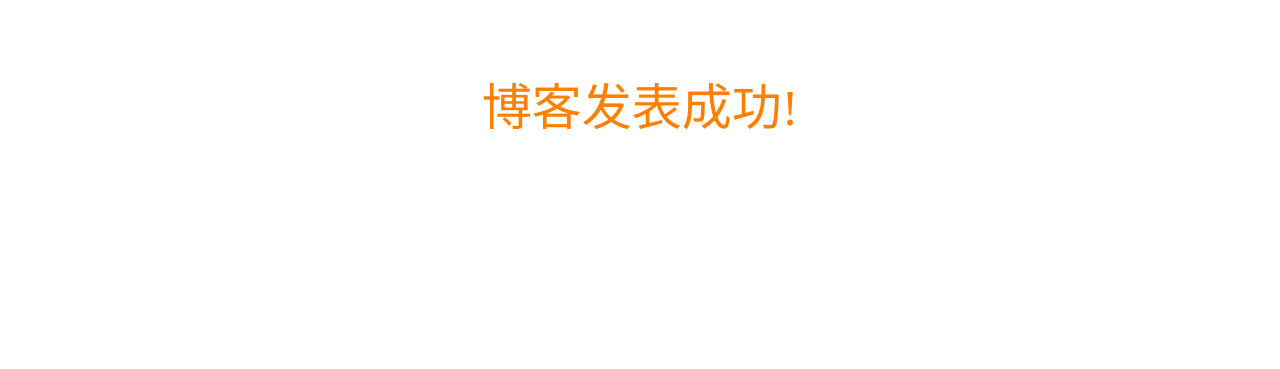
Repository: yxh0/Go
Page: http://localhost/keshe/keshe/addblog.jsp
An editor plug-in stored every save of this project. The page is shown before and after the next save, followed by the edit.
The browser window is 1280 px wide. The pictures show the whole page.
The page is served by Tomcat 9.

Above is the page before, as saved 2020-06-11 09:16:16.

After the next save:
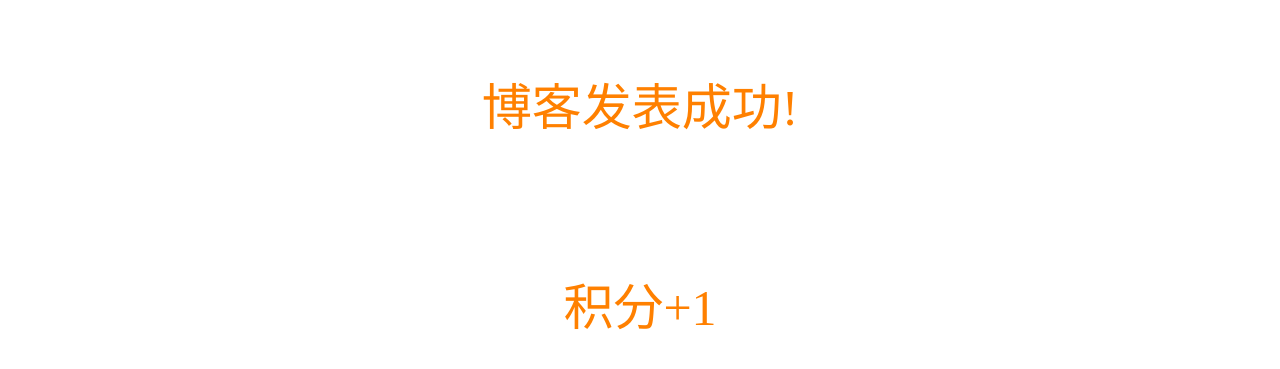
Saved 93 min 55 s later.
--- a/SoftwareProjectGo/keshe/WebContent/keshe/addblog.jsp
+++ b/SoftwareProjectGo/keshe/WebContent/keshe/addblog.jsp
@@ -7,6 +7,6 @@
 <link rel="stylesheet" href="css/blogpostchenggong.css">
 </head>
 <body>
-	<center><a href="blog.jsp" >博客发表成功!</a></center>
+	<center><a href="blog.jsp" >博客发表成功!<br>积分+1</a></center>
 </body>
 </html>
